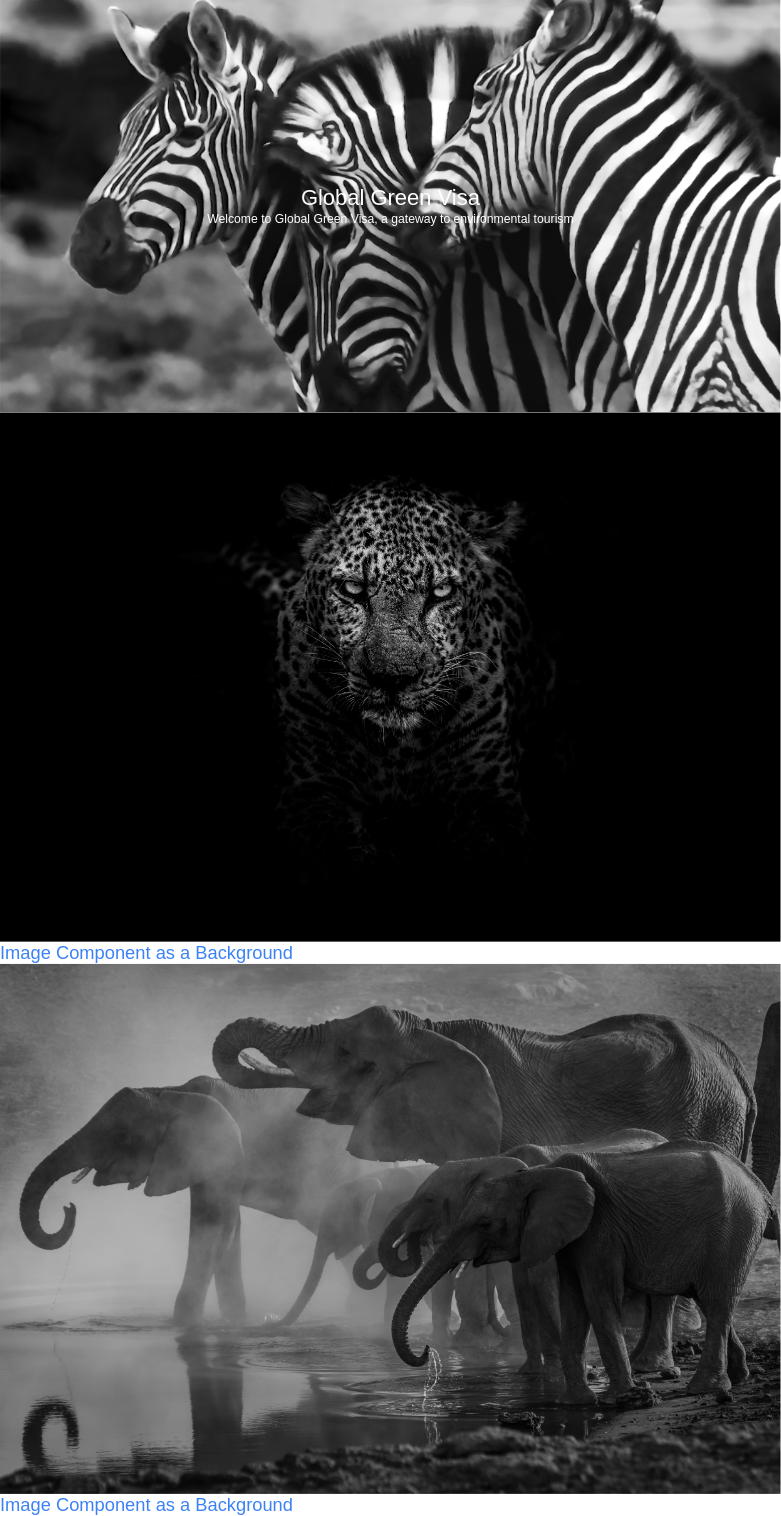
Repository: BrightonMboya/ggv-landingPage
Page: /
An editor plug-in stored every save of this project. The page is shown before and after the next save, followed by the edit.
The browser window is 1280 px wide. The pictures show the whole page, at 61% of full size.
The project was rebuilt for these pictures with package versions that can differ from the ones it lists, and the page was loaded fresh each time. The framework's server and built-in components were replaced by stand-ins that run in the browser. Also part of the build but not shown: next.config.js.

Above is the page before, as saved 2022-06-13 20:49:33.

After the next save:
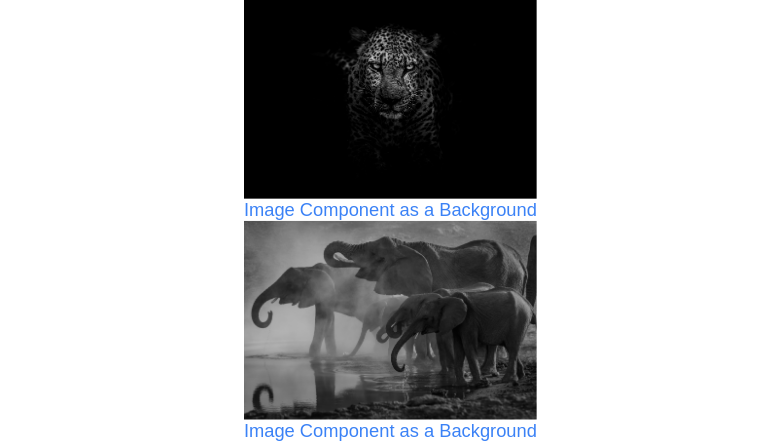
Saved 18 s later.
--- a/styles/Home.module.css
+++ b/styles/Home.module.css
@@ -24,7 +24,7 @@
   /* position: fixed; */
   /* height: 100vh; */
   /* min-height: 80vh; */
-  width: 100vw;
+  width: 100%;
   overflow: hidden;
   z-index: -1;
   background-size: cover;

After the save that followed:
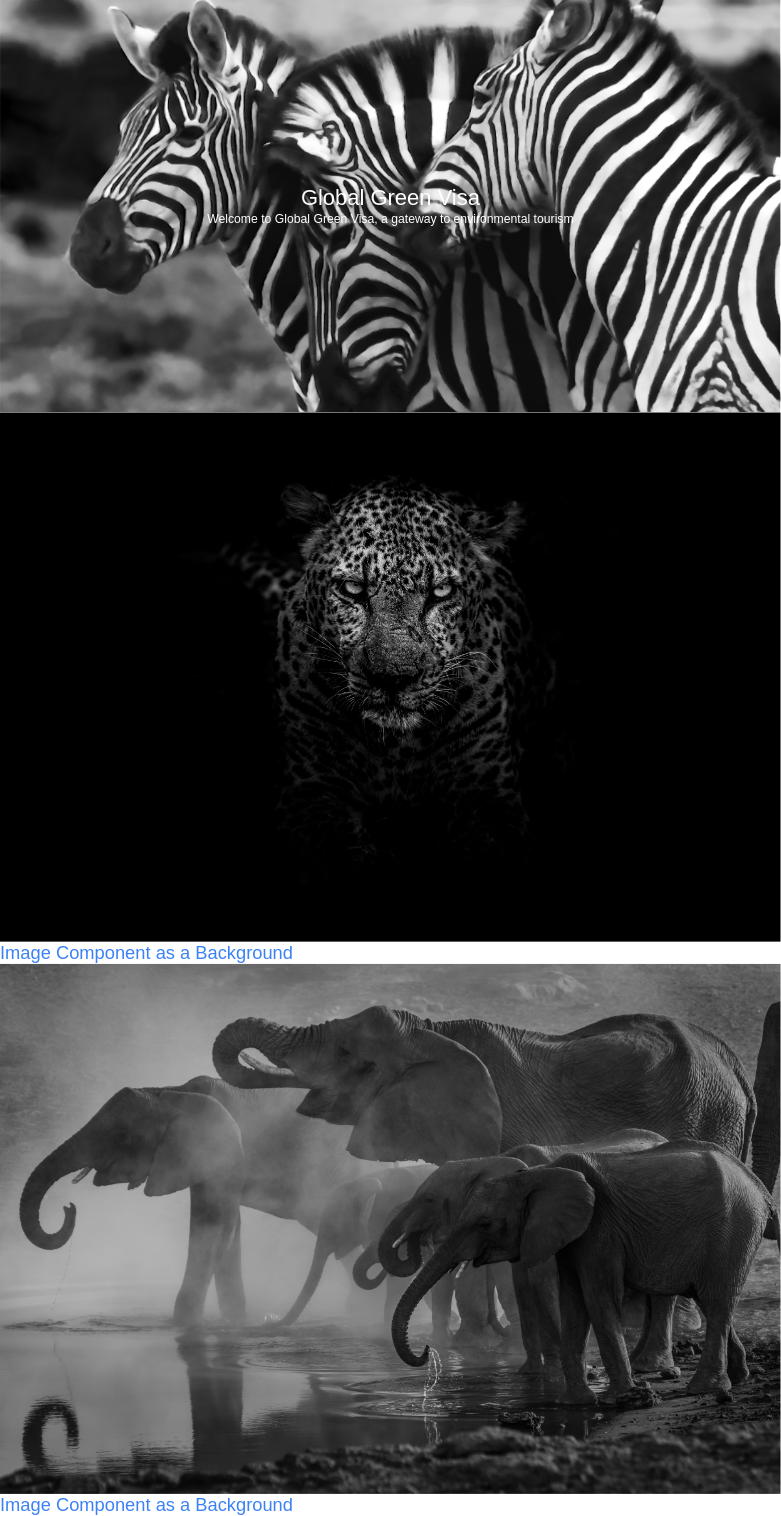
Saved 15 s later.
--- a/styles/Home.module.css
+++ b/styles/Home.module.css
@@ -24,7 +24,7 @@
   /* position: fixed; */
   /* height: 100vh; */
   /* min-height: 80vh; */
-  width: 100%;
+  width: 100vw;
   overflow: hidden;
   z-index: -1;
   background-size: cover;
